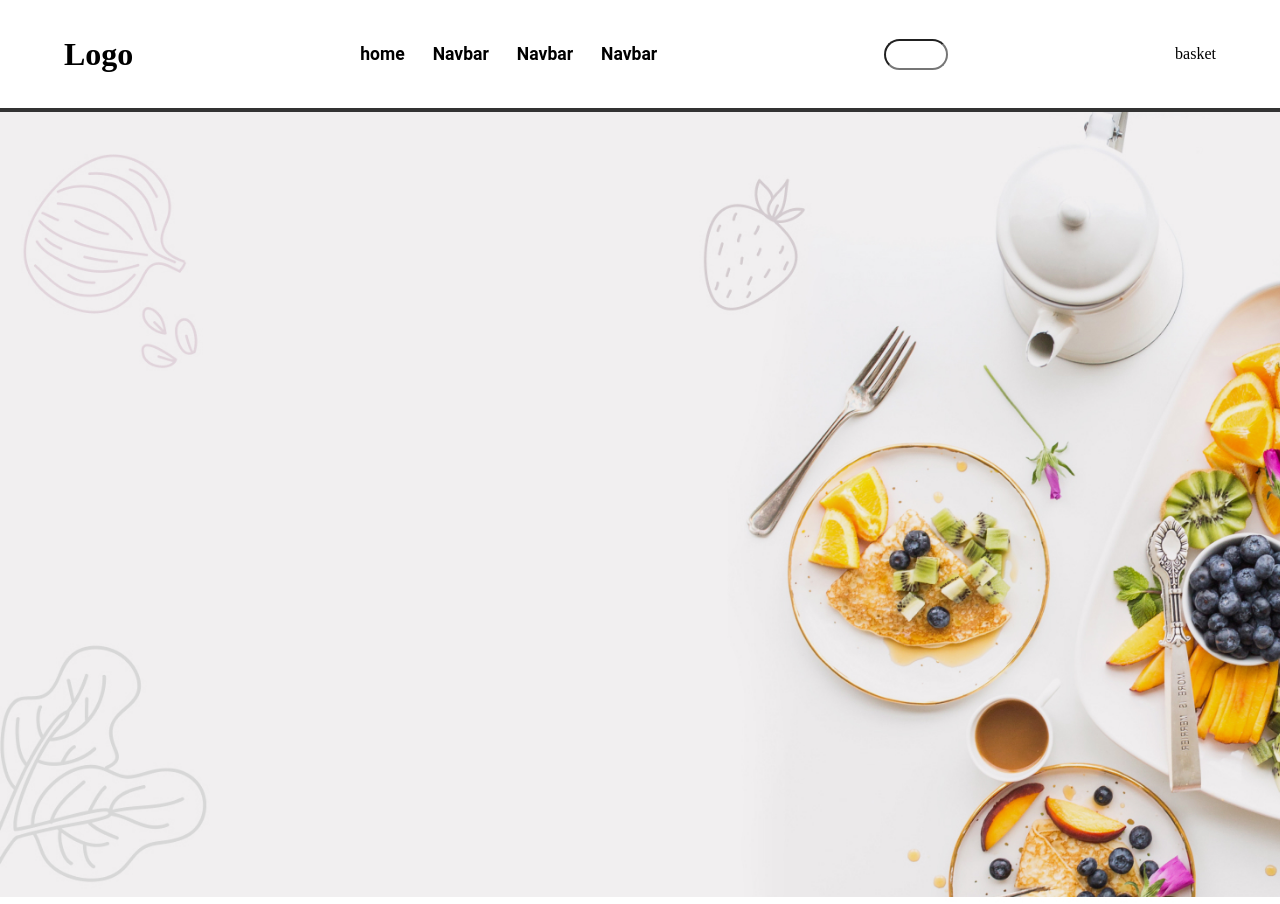
Repository: Islam432/Islam-and-Arsi---team
Page: /
These files come from the project's save history. The page is drawn as it stood at one moment and after the next save; the edit follows.
The browser window is 1280 px wide. The pictures show the whole page.
The project was rebuilt for these pictures with package versions that can differ from the ones it lists, and the page was loaded fresh each time. Also part of the build but not shown: vite.config.js, src/App.css, src/components/Comp/Comp.jsx.

Above is the page before, as saved 2023-03-11 23:44:59.

After the next save:
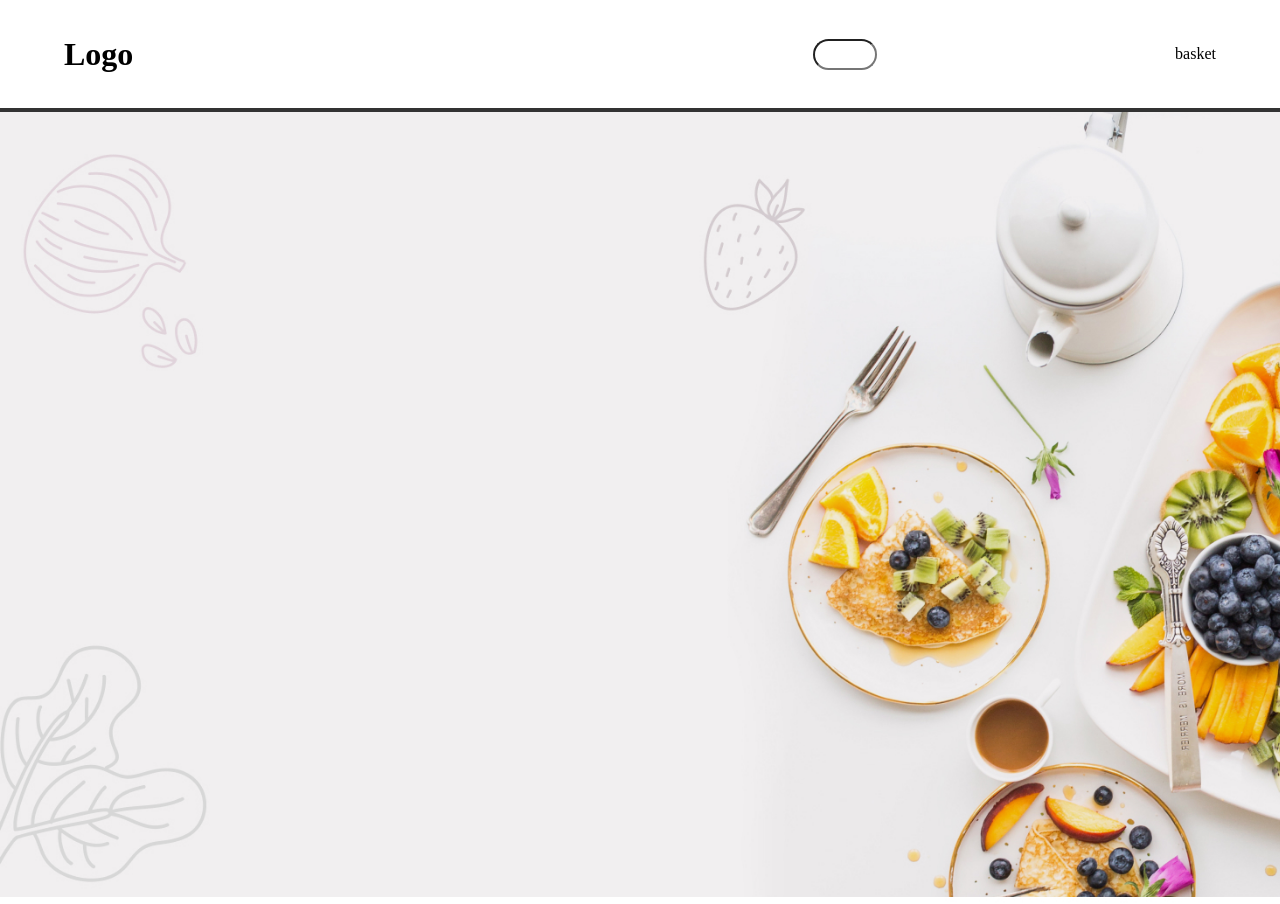
Saved 5 s later.
--- a/src/components/Navbar/Navbar.module.css
+++ b/src/components/Navbar/Navbar.module.css
@@ -24,7 +24,7 @@ border-bottom: 4px solid #333;
 
   font-family: Roboto;
   font-style: Bold;
-  font-size: 15px;
+  font-size: 0px;
 
 }
 .NavLink{
